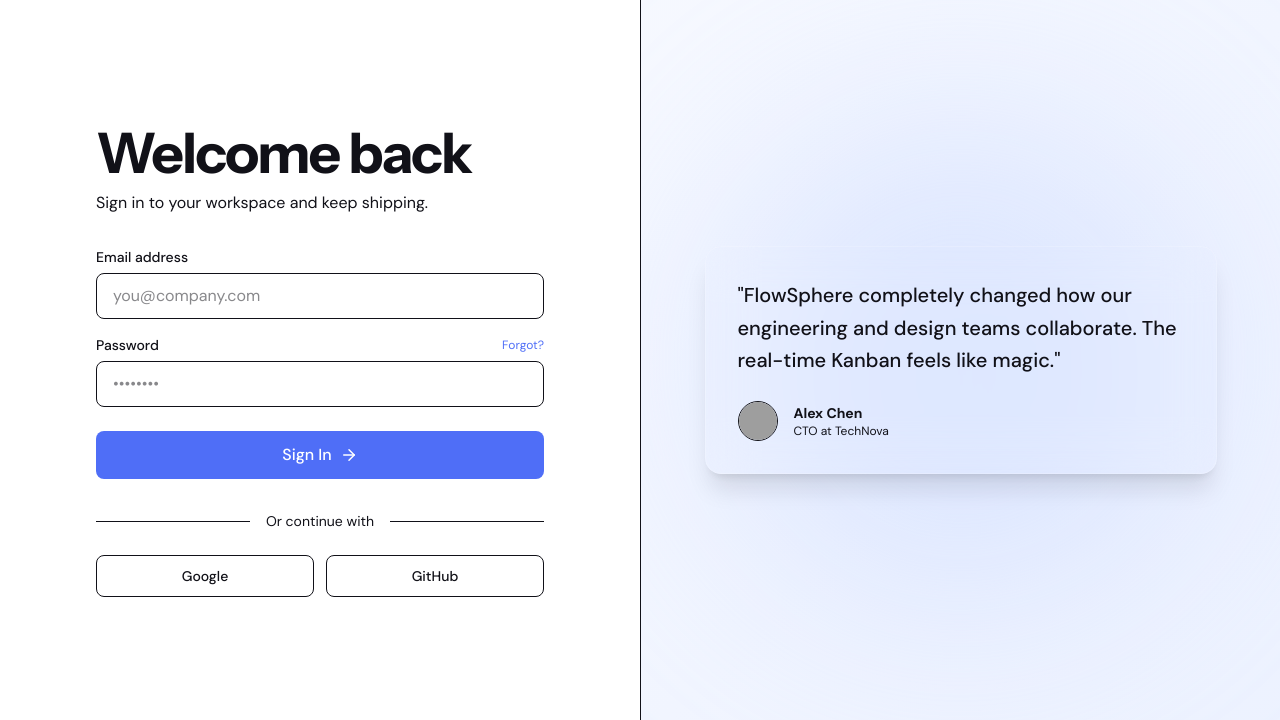
Repository: GiraldoNainggolan/flowshpere
Page: /login
The author's editor kept a copy of each file at every save. The page is drawn from the files as they stood at one save, then again after the next save.
The browser window is 1280 px wide. The pictures show the whole page.
Pictures or frames that could not be fetched are drawn as grey boxes. The project was rebuilt for these pictures with package versions that can differ from the ones it lists, and the page was loaded fresh each time. The framework's server and built-in components were replaced by stand-ins that run in the browser. Also part of the build but not shown: next.config.ts.

Above is the page before, as saved 2026-06-06 21:57:51.

After the next save:
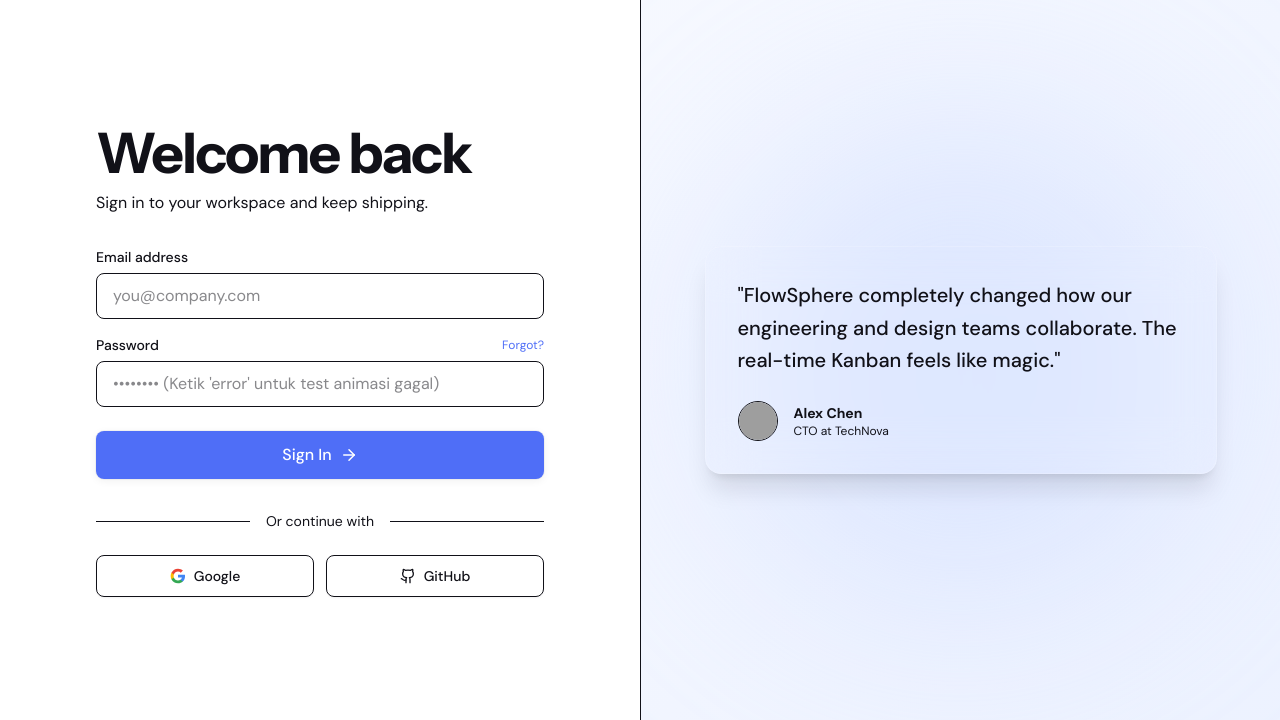
Saved 3 min 3 s later.
--- a/app/(auth)/login/page.tsx
+++ b/app/(auth)/login/page.tsx
@@ -2,28 +2,50 @@
 
 import React, { useRef, useState } from "react";
 import gsap from "gsap";
-import { ArrowRight } from "lucide-react";
+import { ArrowRight, Github } from "lucide-react";
+import { useRouter } from "next/navigation"; // Hook untuk pindah halaman
+import { toast } from "sonner"; // Untuk memunculkan notifikasi sukses
 
 export default function LoginPage() {
+  const router = useRouter();
   const formRef = useRef<HTMLFormElement>(null);
   const [email, setEmail] = useState("");
   const [password, setPassword] = useState("");
   const [isLoading, setIsLoading] = useState(false);
 
+  // Fungsi Login Email
   const handleLogin = (e: React.FormEvent) => {
     e.preventDefault();
     setIsLoading(true);
 
+    // Simulasi proses API call
     setTimeout(() => {
       setIsLoading(false);
-      gsap.to(".input-group", {
-        keyframes: [
-          { x: -8 }, { x: 8 }, { x: -6 }, { x: 6 }, { x: -4 }, { x: 4 }, { x: 0 }
-        ],
-        duration: 0.4,
-        ease: "none"
-      });
+
+      // Jika password salah (Simulasi)
+      if (password === "error") {
+        toast.error("Invalid email or password");
+        gsap.to(".input-group", {
+          keyframes: [{ x: -8 }, { x: 8 }, { x: -6 }, { x: 6 }, { x: -4 }, { x: 4 }, { x: 0 }],
+          duration: 0.4,
+          ease: "none"
+        });
+        return;
+      }
+
+      // Jika berhasil
+      toast.success("Welcome back to FlowSphere! 🚀");
+      router.push("/dashboard"); // Pindah ke halaman dashboard
     }, 1000);
+  };
+
+  // Fungsi Login Social
+  const handleSocialLogin = (provider: string) => {
+    toast.info(`Redirecting to ${provider}...`);
+    setTimeout(() => {
+      toast.success("Successfully authenticated!");
+      router.push("/dashboard");
+    }, 800);
   };
 
   return (
@@ -57,7 +79,7 @@ export default function LoginPage() {
                 value={password}
                 onChange={(e) => setPassword(e.target.value)}
                 className="w-full px-4 py-2.5 rounded-lg border border-border bg-surface-raise focus:outline-none focus:border-brand-500 focus:ring-1 focus:ring-brand-500 transition-shadow"
-                placeholder="••••••••"
+                placeholder="•••••••• (Ketik 'error' untuk test animasi gagal)"
                 required
               />
             </div>
@@ -65,7 +87,7 @@ export default function LoginPage() {
             <button
               type="submit"
               disabled={isLoading}
-              className="w-full mt-6 px-4 py-3 bg-brand-500 hover:bg-brand-600 text-white rounded-lg font-medium transition-all active:scale-[0.98] disabled:opacity-70 flex justify-center items-center gap-2"
+              className="w-full mt-6 px-4 py-3 bg-brand-500 hover:bg-brand-600 text-white rounded-lg font-medium transition-transform active:scale-[0.98] disabled:opacity-70 flex justify-center items-center gap-2 shadow-sm"
             >
               {isLoading ? (
                 <div className="w-5 h-5 border-2 border-white/30 border-t-white rounded-full animate-spin"></div>
@@ -75,18 +97,34 @@ export default function LoginPage() {
             </button>
           </form>
 
-          {/* PERBAIKAN: Menggunakan Flexbox murni untuk pembatas */}
+          {/* Pemisah Garis */}
           <div className="mt-8 flex items-center">
             <div className="flex-1 border-t border-border-soft"></div>
             <div className="px-4 text-sm text-text-muted">Or continue with</div>
             <div className="flex-1 border-t border-border-soft"></div>
           </div>
 
+          {/* Social Buttons yang sudah aktif & punya hover jelas */}
           <div className="mt-6 flex gap-3">
-            <button className="flex-1 py-2.5 border border-border-soft rounded-lg hover:bg-surface-raise transition-colors font-medium text-sm flex justify-center items-center gap-2">
+            <button
+              type="button"
+              onClick={() => handleSocialLogin("Google")}
+              className="flex-1 py-2.5 border border-border rounded-lg bg-surface hover:bg-surface-float hover:border-border-soft transition-all duration-normal active:scale-95 font-medium text-sm flex justify-center items-center gap-2 cursor-pointer shadow-xs"
+            >
+              <svg className="w-4 h-4" viewBox="0 0 24 24" fill="none" xmlns="http://www.w3.org/2000/svg">
+                <path d="M22.56 12.25c0-.78-.07-1.53-.2-2.25H12v4.26h5.92c-.26 1.37-1.04 2.53-2.21 3.31v2.77h3.57c2.08-1.92 3.28-4.74 3.28-8.09z" fill="#4285F4"/>
+                <path d="M12 23c2.97 0 5.46-.98 7.28-2.66l-3.57-2.77c-.98.66-2.23 1.06-3.71 1.06-2.86 0-5.29-1.93-6.16-4.53H2.16v2.84C3.99 20.53 7.7 23 12 23z" fill="#34A853"/>
+                <path d="M5.84 14.09c-.22-.66-.35-1.36-.35-2.09s.13-1.43.35-2.09V7.07H2.16C1.43 8.55 1 10.22 1 12s.43 3.45 1.16 4.93l3.68-2.84z" fill="#FBBC05"/>
+                <path d="M12 5.38c1.62 0 3.06.56 4.21 1.64l3.15-3.15C17.45 2.09 14.97 1 12 1 7.7 1 3.99 3.47 2.16 7.07l3.68 2.84c.87-2.6 3.3-4.53 6.16-4.53z" fill="#EA4335"/>
+              </svg>
               Google
             </button>
-            <button className="flex-1 py-2.5 border border-border-soft rounded-lg hover:bg-surface-raise transition-colors font-medium text-sm flex justify-center items-center gap-2">
+            <button
+              type="button"
+              onClick={() => handleSocialLogin("GitHub")}
+              className="flex-1 py-2.5 border border-border rounded-lg bg-surface hover:bg-surface-float hover:border-border-soft transition-all duration-normal active:scale-95 font-medium text-sm flex justify-center items-center gap-2 cursor-pointer shadow-xs"
+            >
+              <Github className="w-4 h-4 text-text-primary" />
               GitHub
             </button>
           </div>
@@ -96,7 +134,6 @@ export default function LoginPage() {
       {/* Ambient Visual (Kanan) */}
       <div className="hidden lg:flex w-1/2 bg-surface-raise relative overflow-hidden items-center justify-center border-l border-border-soft">
         <div className="absolute inset-0 bg-linear-to-br from-brand-50 via-surface-raise to-brand-100 opacity-60"></div>
-
         <div className="w-125 h-125 bg-brand-200/40 blur-[100px] rounded-full absolute top-1/2 left-1/2 -translate-x-1/2 -translate-y-1/2"></div>
 
         <div className="relative z-10 max-w-lg p-8 bg-surface/60 backdrop-blur-xl border border-white/20 rounded-2xl shadow-xl">
